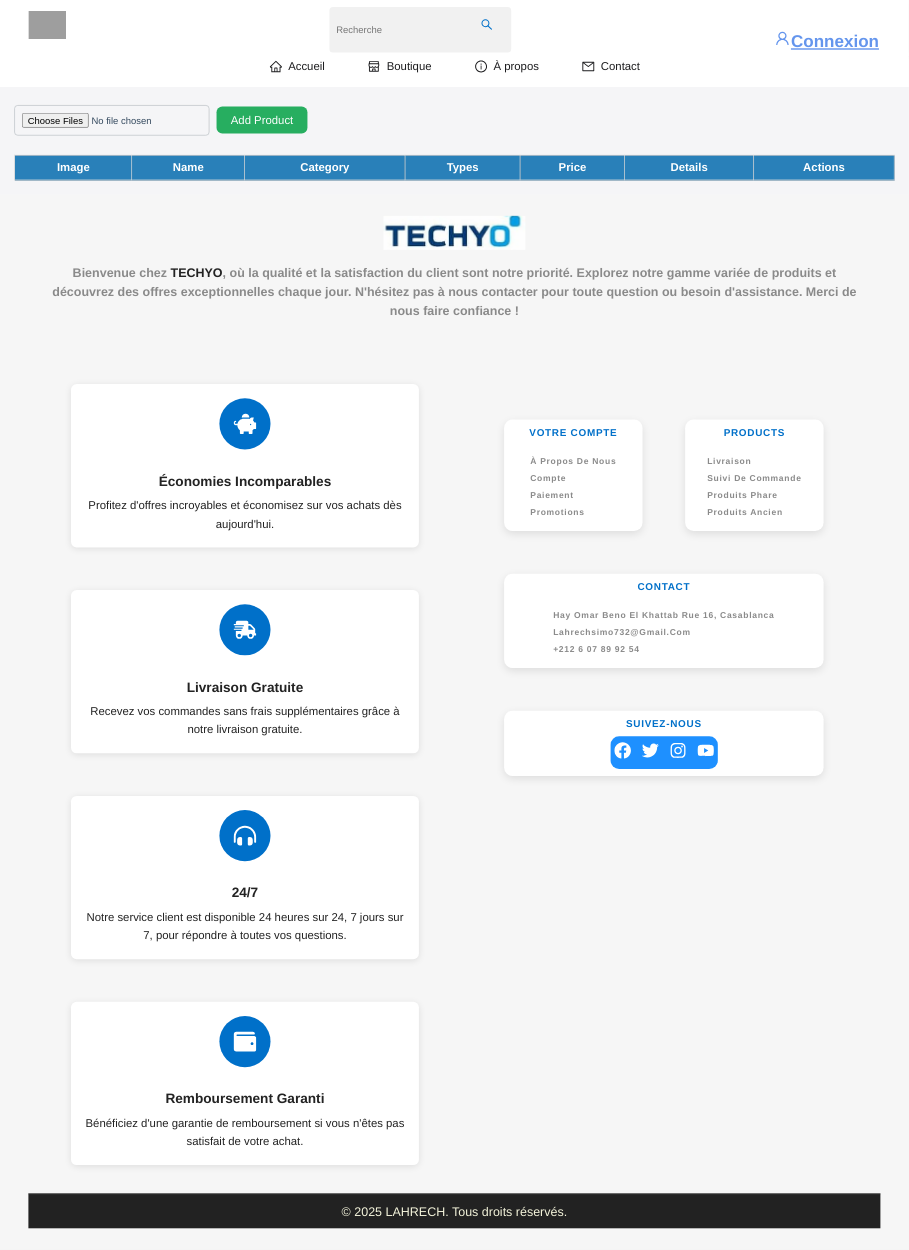
Repository: sebti-cloud/project-modern
Page: /products (app in ecommerce_website/)
The author's editor kept a copy of each file at every save. The page is drawn from the files as they stood at one save, then again after the next save.
The browser window is 1280 px wide. The pictures show the whole page, at 71% of full size.
The page's requests for data from a server got no answer. The project was rebuilt for these pictures with package versions that can differ from the ones it lists, and the page was loaded fresh each time. No one was signed in, and anything a server would have sent is missing. Also part of the build but not shown: ecommerce_website/src/comp/home.js, ecommerce_website/src/comp/shop.js, ecommerce_website/src/comp/cart.js, ecommerce_website/src/comp/contact.js, ecommerce_website/src/comp/rout.js, ecommerce_website/src/comp/Orders.js, ecommerce_website/src/comp/LikedProducts.js, ecommerce_website/src/comp/Categories.js and 29 more.

Above is the page before, as saved 2025-01-24 15:35:06.

### ecommerce_website/src/comp/Products.js
/*import React, { useState, useEffect } from 'react';
import { Link } from 'react-router-dom';
import './admin.css';

const Products = () => {
    const [products, setProducts] = useState([]);
    const [newProduct, setNewProduct] = useState({ name: '', category: '', types: [], price: '', details: '' });
    const [editProduct, setEditProduct] = useState(null);
    const [selectedFile, setSelectedFile] = useState(null);

    useEffect(() => {
        fetchProducts();
    }, []);

    const fetchProducts = async () => {
        try {
            const response = await fetch('http://localhost:3001/api/products');
            const data = await response.json();
            setProducts(Array.isArray(data) ? data : []);
        } catch (error) {
            console.error('Error fetching products:', error);
        }
    };

    const handleChange = (e) => {
        const { name, value } = e.target;
        if (editProduct) {
            if (name === 'types') {
                const types = Array.from(e.target.selectedOptions, option => option.value);
                setEditProduct({ ...editProduct, types });
            } else {
                setEditProduct({ ...editProduct, [name]: value });
            }
        } else {
            if (name === 'types') {
                const types = Array.from(e.target.selectedOptions, option => option.value);
                setNewProduct({ ...newProduct, types });
            } else {
                setNewProduct({ ...newProduct, [name]: value });
            }
        }
    };

    const handleFileChange = (e) => {
        setSelectedFile(e.target.files[0]);
    };

    const handleAddProduct = async (e) => {
        e.preventDefault();
        const formData = new FormData();
        formData.append('name', newProduct.name);
        formData.append('category', newProduct.category);
        formData.append('types', JSON.stringify(newProduct.types)); // Convertir types en chaîne JSON
        formData.append('price', newProduct.price);
        formData.append('details', newProduct.details);
        formData.append('image', selectedFile);
        try {
            const response = await fetch('http://localhost:3001/api/products', {
                method: 'POST',
                body: formData,
            });
            if (response.ok) {
                fetchProducts();
                setNewProduct({ name: '', category: '', types: [], price: '', details: '' });
                setSelectedFile(null);
                alert('Product added successfully!', 'alert-success');
            } else {
                alert('Failed to add product.', 'alert-danger');
            }
        } catch (error) {
            console.error('Error adding product:', error);
        }
    };

    const handleEditProduct = (product) => {
        setEditProduct(product);
    };

    const handleUpdateProduct = async (e) => {
        e.preventDefault();
        const formData = new FormData();
        formData.append('name', editProduct.name);
        formData.append('category', editProduct.category);
        formData.append('types', JSON.stringify(editProduct.types || [])); // Assurer types est un tableau
        formData.append('price', editProduct.price);
        formData.append('details', editProduct.details);
        if (selectedFile) {
            formData.append('image', selectedFile);
        }
        try {
            const response = await fetch(`http://localhost:3001/api/products/${editProduct.id}`, {
                method: 'PUT',
                body: formData,
            });
            if (response.ok) {
                fetchProducts();
                setEditProduct(null);
                setSelectedFile(null);
                alert('Product updated successfully!', 'alert-success');
            } else {
                const errorText = await response.text();
                alert(`Failed to update product: ${errorText}`, 'alert-danger');
            }
        } catch (error) {
            console.error('Error updating product:', error);
        }
    };

    const handleDeleteProduct = async (id) => {
        try {
            const response = await fetch(`http://localhost:3001/api/products/${id}`, {
                method: 'DELETE',
            });
            if (response.ok) {
                fetchProducts();
                alert('Product deleted successfully!', 'alert-success');
            } else {
                alert('Failed to delete product.', 'alert-danger');
            }
        } catch (error) {
            console.error('Error deleting product:', error);
        }
    };

    return (
        <div className="admin-dashboard">
            <nav>
                <ul>
                    <li><Link to="/products">Produits</Link></li>
                    <li><Link to="/orders">Commandes</Link></li>
                    <li><Link to="/likedProducts">Produits aimés</Link></li>
                    <li><Link to="/categories">Catégories</Link></li>
                    <li><Link to="/contacts">Messages</Link></li>
                    <li><Link to="/admins">Administrateurs</Link></li>
                    <li><Link to="/admin-settings">Settings</Link></li>
                    <li><Link to="/admin-users">Utilisateurs</Link></li>
                </ul>
            </nav>
            <div className="products">
                <h2 className="products-header">Products</h2>
                <form onSubmit={editProduct ? handleUpdateProduct : handleAddProduct}>
                    <input type="text" name="name" placeholder="Name" value={editProduct ? editProduct.name : newProduct.name} onChange={handleChange} required />
                    <input type="text" name="category" placeholder="Category" value={editProduct ? editProduct.category : newProduct.category} onChange={handleChange} required />
                    <select name="types" value={editProduct ? editProduct.types : newProduct.types} onChange={handleChange}  required>
                        <option value="featured">Featured</option>
                        <option value="new">New</option>
                        <option value="top">Top</option>
                        <option value="sale">Sale</option>
                    </select>
                    <input type="number" name="price" placeholder="Price" value={editProduct ? editProduct.price : newProduct.price} onChange={handleChange} required />
                    <textarea name="details" className="details" placeholder="Details" value={editProduct ? editProduct.details : newProduct.details} onChange={handleChange} required />
                    <input type="file" name="image" onChange={handleFileChange} required={!editProduct} />
                    <button type="submit">{editProduct ? 'Update Product' : 'Add Product'}</button>
                </form>
                <table className="products-table">
                    <thead>
                        <tr>
                            <th>Image</th>
                            <th>Name</th>
                            <th>Category</th>
                            <th>Types</th>
                            <th>Price</th>
                            <th>Details</th>
                            <th>Actions</th>
                        </tr>
                    </thead>
                    <tbody>
                        {products.map(product => (
                            <tr key={product.id}>
                                <td><img src={`http://localhost:3001${product.image}`} alt={product.name} className="product-image" /></td>
                                <td>{product.name}</td>
                                <td>{product.category}</td>
                                <td>{product.types ? product.types.join(', ') : 'No types'}</td>
                                <td>{product.price} MAD</td>
                                <td>{product.details}</td>
                                <td>
                                    <button onClick={() => handleEditProduct(product)} className="edit-button">Edit</button>
                                    <button onClick={() => handleDeleteProduct(product.id)} className="delete-button">Delete</button>
                                </td>
                            </tr>
                        ))}
                    </tbody>
                </table>
            </div>
        </div>
    );
};

export default Products;
*/
import React, { useState, useEffect } from 'react';
import { Link } from 'react-router-dom';
import './admin.css';

const Products = () => {
    const [products, setProducts] = useState([]);
    const [newProduct, setNewProduct] = useState({ name: '', category: '', types: [], price: '', details: '' });
    const [editProduct, setEditProduct] = useState(null);
    const [selectedFiles, setSelectedFiles] = useState([]);

    useEffect(() => {
        fetchProducts();
    }, []);

    const fetchProducts = async () => {
        try {
            const response = await fetch('http://localhost:3001/api/products');
            const data = await response.json();
            setProducts(Array.isArray(data) ? data : []);
        } catch (error) {
            console.error('Error fetching products:', error);
        }
    };

    const handleChange = (e) => {
        const { name, value } = e.target;
        if (editProduct) {
            if (name === 'types') {
                const types = Array.from(e.target.selectedOptions, option => option.value);
                setEditProduct({ ...editProduct, types });
            } else {
                setEditProduct({ ...editProduct, [name]: value });
            }
        } else {
            if (name === 'types') {
                const types = Array.from(e.target.selectedOptions, option => option.value);
                setNewProduct({ ...newProduct, types });
            } else {
                setNewProduct({ ...newProduct, [name]: value });
            }
        }
    };

    const handleFileChange = (e) => {
        setSelectedFiles(Array.from(e.target.files));
    };

    const handleAddProduct = async (e) => {
        e.preventDefault();
        const formData = new FormData();
        formData.append('name', newProduct.name);
        formData.append('category', newProduct.category);
        formData.append('types', JSON.stringify(newProduct.types));
        formData.append('price', newProduct.price);
        formData.append('details', newProduct.details);

        // Append multiple files
        selectedFiles.forEach((file, index) => {
            formData.append('images', file);
        });

        try {
            const response = await fetch('http://localhost:3001/api/products', {
                method: 'POST',
                body: formData,
            });
            if (response.ok) {
                fetchProducts();
                setNewProduct({ name: '', category: '', types: [], price: '', details: '' });
                setSelectedFiles([]);
                alert('Product added successfully!', 'alert-success');
            } else {
                alert('Failed to add product.', 'alert-danger');
            }
        } catch (error) {
            console.error('Error adding product:', error);
        }
    };

    const handleEditProduct = (product) => {
        setEditProduct(product);
    };

    const handleUpdateProduct = async (e) => {
        e.preventDefault();
        const formData = new FormData();
        formData.append('name', editProduct.name);
        formData.append('category', editProduct.category);
        formData.append('types', JSON.stringify(editProduct.types || []));
        formData.append('price', editProduct.price);
        formData.append('details', editProduct.details);

        // Append multiple files for update
        if (selectedFiles.length > 0) {
            selectedFiles.forEach((file, index) => {
                formData.append('images', file);
            });
        }

        try {
            const response = await fetch(`http://localhost:3001/api/products/${editProduct.id}`, {
                method: 'PUT',
                body: formData,
            });
            if (response.ok) {
                fetchProducts();
                setEditProduct(null);
                setSelectedFiles([]);
                alert('Product updated successfully!', 'alert-success');
            } else {
                const errorText = await response.text();
                alert(`Failed to update product: ${errorText}`, 'alert-danger');
            }
        } catch (error) {
            console.error('Error updating product:', error);
        }
    };
    const handleDeleteProduct = async (id) => {
        try {
            const response = await fetch(`http://localhost:3001/api/products/${id}`, {
                method: 'DELETE',
            });
            if (response.ok) {
                fetchProducts();
                alert('Product deleted successfully!', 'alert-success');
            } else {
                alert('Failed to delete product.', 'alert-danger');
            }
        } catch (error) {
            console.error('Error deleting product:', error);
        }
    };

    return (
        <div className="admin-dashboard">
            {/* ... previous code ... */}
            <form onSubmit={editProduct ? handleUpdateProduct : handleAddProduct}>
                {/* ... previous inputs ... */}
                <input
                    type="file"
                    name="images"
                    multiple
                    onChange={handleFileChange}
                    required={!editProduct}
                />
                <button type="submit">{editProduct ? 'Update Product' : 'Add Product'}</button>
            </form>
            <table className="products-table">
                <thead>
                    <tr>
                        <th>Image</th>
                        <th>Name</th>
                        <th>Category</th>
                        <th>Types</th>
                        <th>Price</th>
                        <th>Details</th>
                        <th>Actions</th>
                    </tr>
                </thead>
                <tbody>
                    {products.map(product => (
                        <tr key={product.id}>
                            <td>
                                {/* Render multiple images if available */}
                                {product.image && (Array.isArray(product.image) ? product.image : [product.image]).map((img, index) => (
                                    <img
                                        key={index}
                                        src={`http://localhost:3001${img}`}
                                        alt={`${product.name} - Image ${index + 1}`}
                                        className="product-image"
                                    />
                                ))}
                            </td>
                            <td>{product.name}</td>
                            <td>{product.category}</td>
                            <td>{product.types ? product.types.join(', ') : 'No types'}</td>
                            <td>{product.price} MAD</td>
                            <td>{product.details}</td>
                            <td>
                                <button onClick={() => handleEditProduct(product)} className="edit-button">Edit</button>
                                <button onClick={() => handleDeleteProduct(product.id)} className="delete-button">Delete</button>
                            </td>
                        </tr>
                    ))}
                </tbody>
            </table>
            {/* ... rest of the component ... */}
        </div>
    );
};

export default Products;

### ecommerce_website/src/comp/about.css
* {
    margin: 0;
    padding: 0;
    box-sizing: border-box;
    font-family: 'Helvetica Neue', Arial, sans-serif;
}

body {
    background-color: #f5f5f7;
    color: #1d1d1f;
    margin: 0;
    padding: 0;
}

.about-container {
    max-width: 1200px;
    margin: 0 auto;
    padding: 20px;
    background: white;
    border-radius: 12px;
    box-shadow: 0 4px 12px rgba(0, 0, 0, 0.1);
}

h1 {
    font-size: 2.5rem;
    margin-bottom: 20px;
    text-align: center;
    position: relative;
}

h1::after {
    content: '';
    display: block;
    width: 50px;
    height: 4px;
    background-color: #000;
    margin: 20px auto;
}

h2 {
    font-size: 2rem;
    margin-bottom: 15px;
    position: relative;
}

h2::after {
    content: '';
    display: block;
    width: 50px;
    height: 4px;
    background-color: #0070c9;
    margin: 10px 0;
}

p {
    font-size: 1.1rem;
    line-height: 1.6;
    margin-bottom: 0px;
    color: #232323;
    font-weight: 200;
}
.footer .footer-copyright p
{
color: beige;
}

ul {
    list-style: none;
    margin: 0;
    padding: 0;
}

ul li {
    margin-bottom: 10px;
    font-size: 1.1rem;
}

ul li strong {
    color: #0070c9;
}

.about-section {
    margin-bottom: 40px;
}

.cart-icon {
    position: fixed;
    top: 20px;
    right: 20px;
    background-color: white;
    border-radius: 50%;
    padding: 10px;
    box-shadow: 0 2px 10px rgba(0, 0, 0, 0.1);
    display: flex;
    align-items: center;
}

.cart-icon span {
    position: absolute;
    top: -10px;
    right: -10px;
    background-color: red;
    color: white;
    border-radius: 50%;
    padding: 5px;
    font-size: 0.8rem;
}

### ecommerce_website/src/comp/contact.css
* {
    margin: 0;
    padding: 0;
    box-sizing: border-box;
    font-family: 'Helvetica Neue', Arial, sans-serif;
}

body {
    background-color: #f5f5f7;
    color: #1d1d1f;
    padding: 0;
}



.contact {
    max-width: 800px;
    margin: 0 auto;
    padding: 20px;
    background: white;
    border-radius: 12px;
    box-shadow: 0 4px 12px rgba(0, 0, 0, 0.1);
}

h2 {
    font-size: 2.5rem;
    margin-bottom: 20px;
    text-align: center;
    position: relative;
}

h2::after {
    content: '';
    display: block;
    width: 50px;
    height: 4px;
    background-color: #000;
    margin: 20px auto;
}

.box {
    display: flex;
    flex-direction: column;
    margin-bottom: 20px;
}

.box .lable h4 {
    font-size: 1.2rem;
    margin-bottom: 10px;
}

.box .input input,
.box .input textarea {
    width: 100%;
    padding: 10px;
    border: 1px solid #ddd;
    border-radius: 8px;
    font-size: 1rem;
}

.box .input textarea {
    resize: vertical;
    height: 150px;
}

button {
    background-color: #0070c9;
    color: white;
    padding: 10px 20px;
    border: none;
    border-radius: 8px;
    cursor: pointer;
    transition: background-color 0.3s ease;
}

button:hover {
    background-color: #0056a3;
}

.cart-icon {
    position: fixed;
    top: 20px;
    right: 20px;
    background-color: white;
    border-radius: 50%;
    padding: 10px;
    box-shadow: 0 2px 10px rgba(0, 0, 0, 0.1);
    display: flex;
    align-items: center;
}

.cart-icon span {
    position: absolute;
    top: -10px;
    right: -10px;
    background-color: red;
    color: white;
    border-radius: 50%;
    padding: 5px;
    font-size: 0.8rem;
}

Loaded but not shown: ecommerce_website/public/index.html (common file); ecommerce_website/src/App.js (199 lines, source omitted); ecommerce_website/src/comp/footer.js (128 lines, source omitted); ecommerce_website/src/comp/nav.js (108 lines, source omitted); ecommerce_website/src/comp/home_product.js (112 lines, source omitted); ecommerce_website/src/index.js (24 lines, source omitted); ecommerce_website/src/comp/admin.css (582 lines, source omitted); ecommerce_website/src/styles/app.css (421 lines, source omitted); ecommerce_website/src/comp/shop.css (331 lines, source omitted); ecommerce_website/src/comp/home.css (307 lines, source omitted); ecommerce_website/src/comp/footer.css (216 lines, source omitted); ecommerce_website/src/comp/cart.css (205 lines, source omitted); ecommerce_website/src/comp/TrackOrder.css (175 lines, source omitted); ecommerce_website/src/comp/UserProfile.css (159 lines, source omitted); ecommerce_website/src/comp/nav.css (123 lines, source omitted)

After the next save:
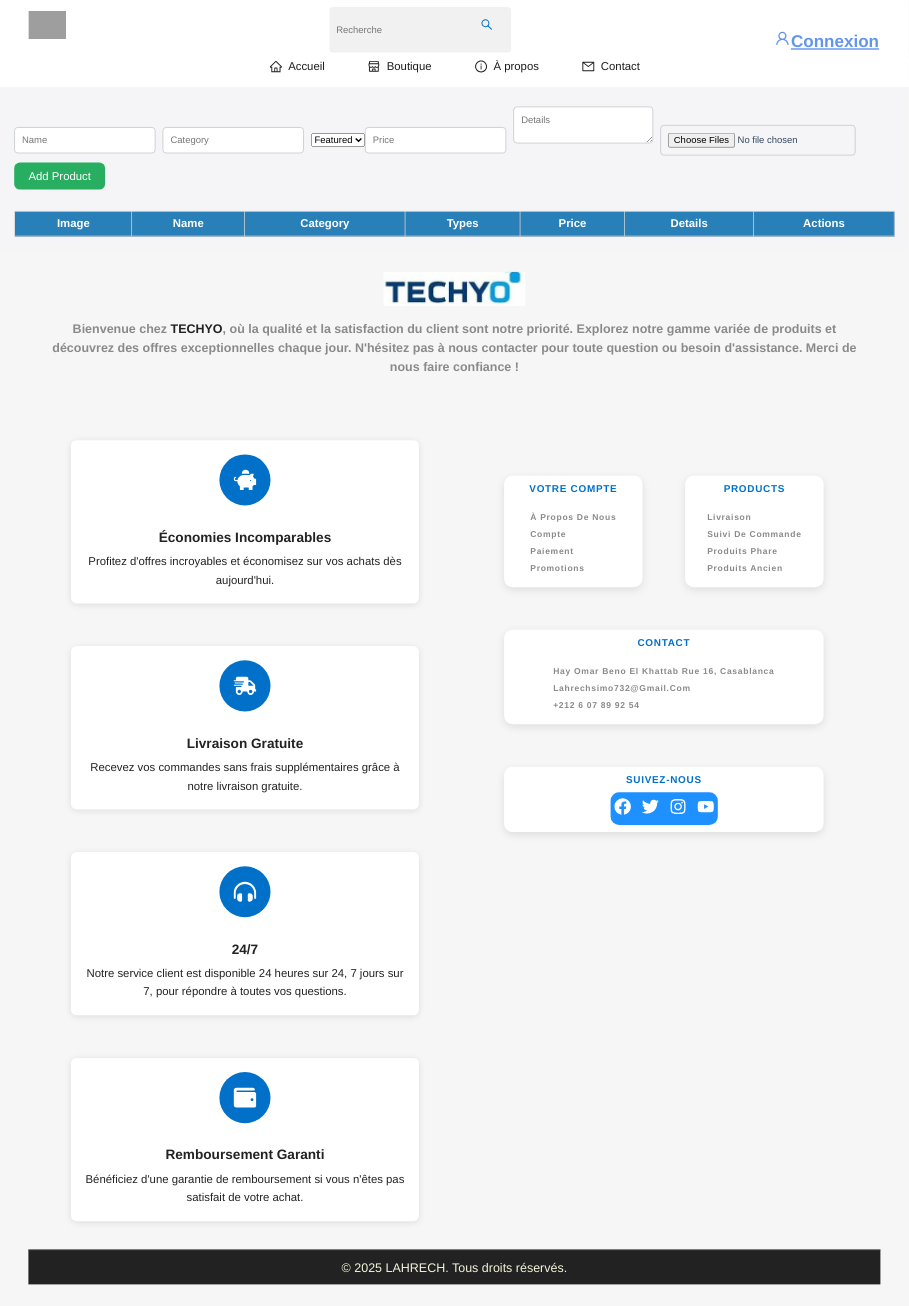
Saved 2 min 59 s later.
--- a/ecommerce_website/src/comp/Products.js
+++ b/ecommerce_website/src/comp/Products.js
@@ -326,15 +326,27 @@
             {/* ... previous code ... */}
             <form onSubmit={editProduct ? handleUpdateProduct : handleAddProduct}>
                 {/* ... previous inputs ... */}
+                <input type="text" name="name" placeholder="Name" value={editProduct ? editProduct.name : newProduct.name} onChange={handleChange} required />
+                <input type="text" name="category" placeholder="Category" value={editProduct ? editProduct.category : newProduct.category} onChange={handleChange} required />
+                <select name="types" value={editProduct ? editProduct.types : newProduct.types} onChange={handleChange} required>
+                    <option value="featured">Featured</option>
+                    <option value="new">New</option>
+                    <option value="top">Top</option>
+                    <option value="sale">Sale</option>
+                </select>
+                <input type="number" name="price" placeholder="Price" value={editProduct ? editProduct.price : newProduct.price} onChange={handleChange} required />
+                <textarea name="details" className="details" placeholder="Details" value={editProduct ? editProduct.details : newProduct.details} onChange={handleChange} required />
                 <input
                     type="file"
                     name="images"
                     multiple
                     onChange={handleFileChange}
                     required={!editProduct}
-                />
-                <button type="submit">{editProduct ? 'Update Product' : 'Add Product'}</button>
+                />                    <button type="submit">{editProduct ? 'Update Product' : 'Add Product'}</button>
             </form>
+
+
+
             <table className="products-table">
                 <thead>
                     <tr>
